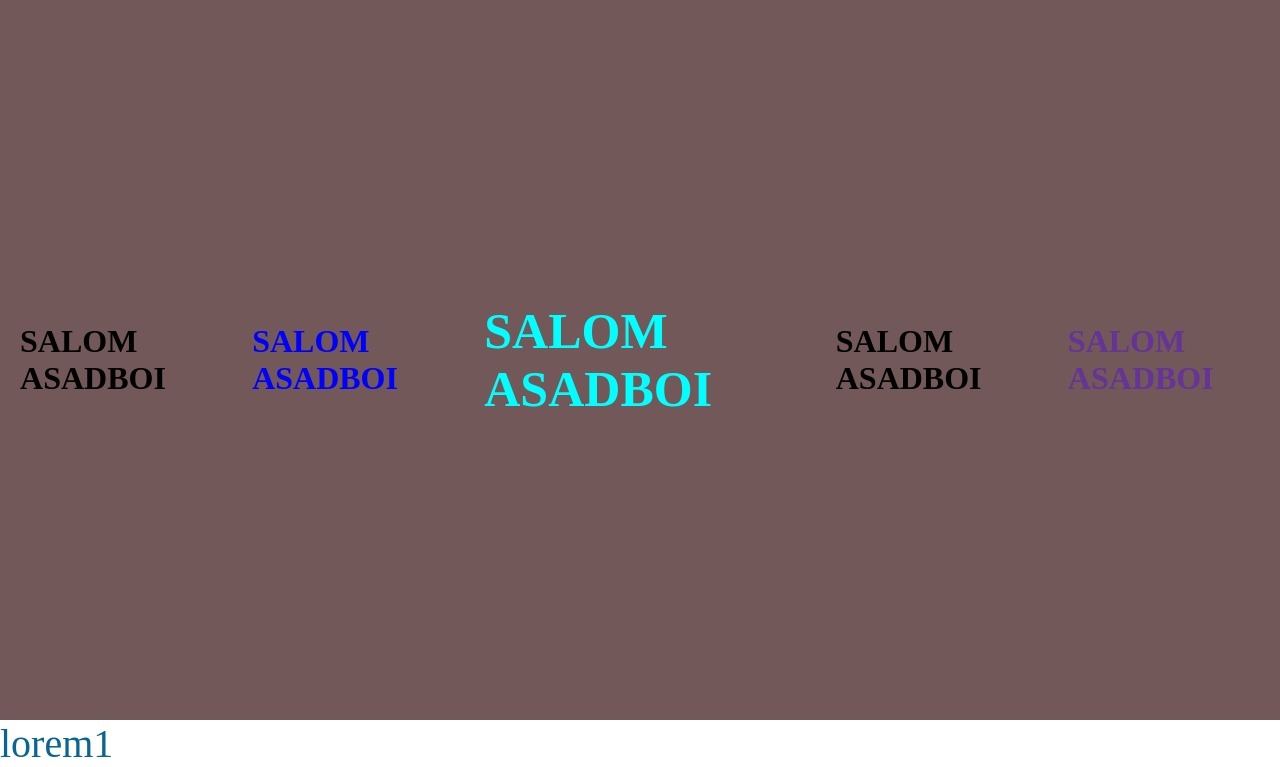
Repository: KHANas02/CACTUS
Page: index.html
These files come from the project's save history. The page is drawn as it stood at one moment and after the next save; the edit follows.
The browser window is 1280 px wide. The pictures show the whole page.

Above is the page before, as saved 2024-02-21 17:21:33.

### index.html
<!DOCTYPE html>
<html lang="en">
<head>
    <meta charset="UTF-8">
    <meta name="viewport" content="width=device-width, initial-scale=1.0">
    <title>Document</title>
    <link rel="stylesheet" href="./style.css">
</head>
<body>
    <div class="conteiner">
        <label for=""></label>
<h1>SALOM ASADBOI</h1>
<h1>SALOM ASADBOI</h1>
<h1>SALOM ASADBOI</h1>
<h1>SALOM ASADBOI</h1>
<h1>SALOM ASADBOI</h1>





    </div>
<p>lorem1</p>


</body>
</html>

### style.css
*{
padding: 0;
margin: 0;
box-sizing: boder-box;
text-decoration: none;
outline: none;
}
.conteiner{
width: 100%;
height: 100vh;
background-color: #725858;
display: flex;
align-items: center;
gap: 20px;
justify-content: center;
}
.conteiner h1:first-child{
color: rgb(207, 63, 63);
text-decoration: uppercase;

}
.conteiner h1:last-child{
color:rebeccapurple ;
text-decoration: uppercase;


}
.conteiner h1:nth-child(3){
color: blue;
text-decoration: uppercase;

}
.conteiner h1:nth-child(4){
font-size: 50px;
color: aqua;


}
p::first-line{
    color: #086691;
    font-size: 40px;
}
h1:active{
font-size: 60px;
border-bottom: 2px solid #000;
}

After the next save:
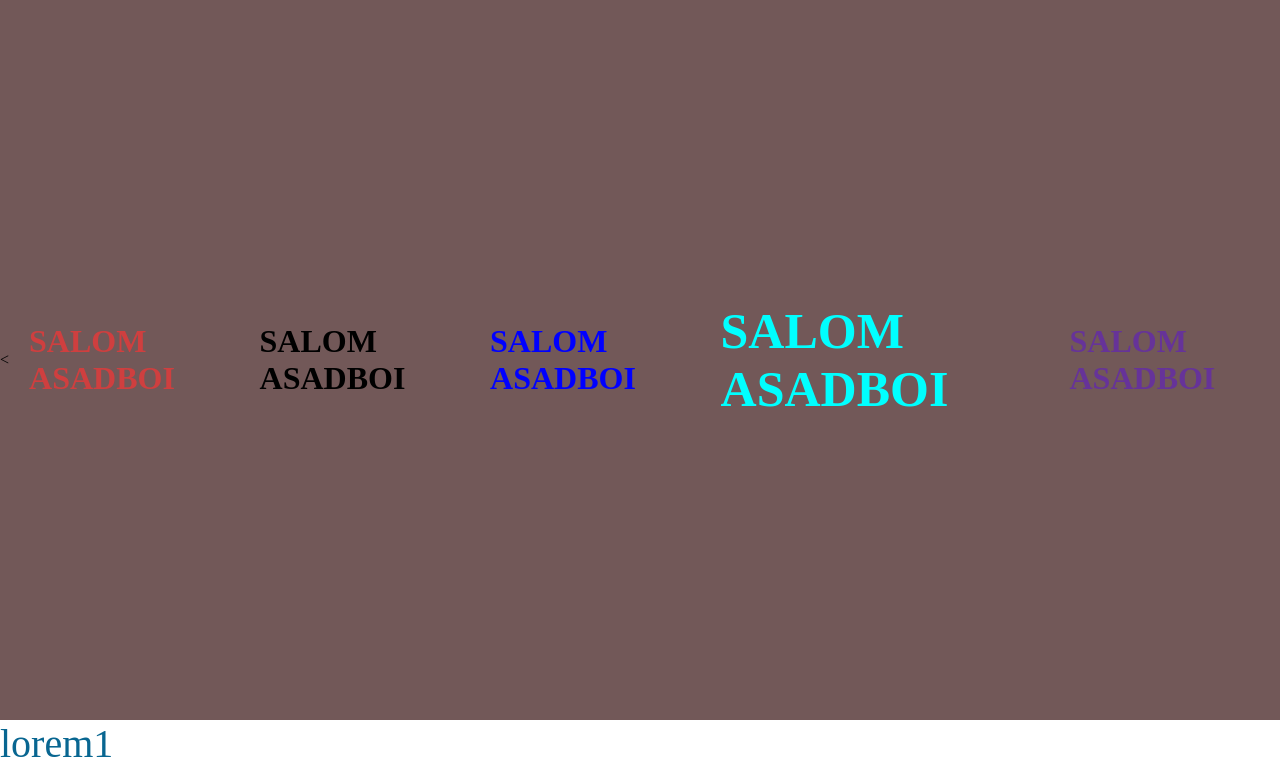
Saved 23 s later.
--- a/index.html
+++ b/index.html
@@ -8,7 +8,7 @@
 </head>
 <body>
     <div class="conteiner">
-        <label for=""></label>
+        <
 <h1>SALOM ASADBOI</h1>
 <h1>SALOM ASADBOI</h1>
 <h1>SALOM ASADBOI</h1>

After the save that followed:
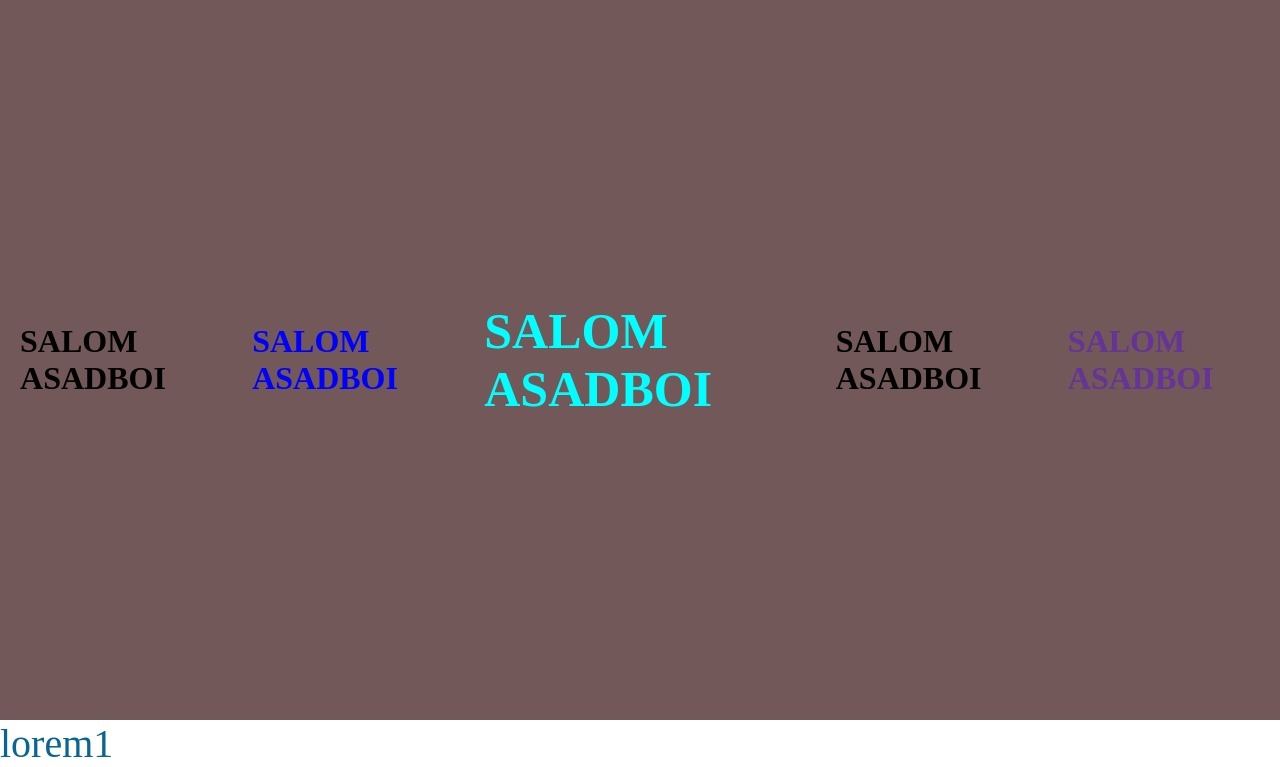
Saved 9 s later.
--- a/index.html
+++ b/index.html
@@ -8,7 +8,7 @@
 </head>
 <body>
     <div class="conteiner">
-        <
+        <label for=""></label>
 <h1>SALOM ASADBOI</h1>
 <h1>SALOM ASADBOI</h1>
 <h1>SALOM ASADBOI</h1>
